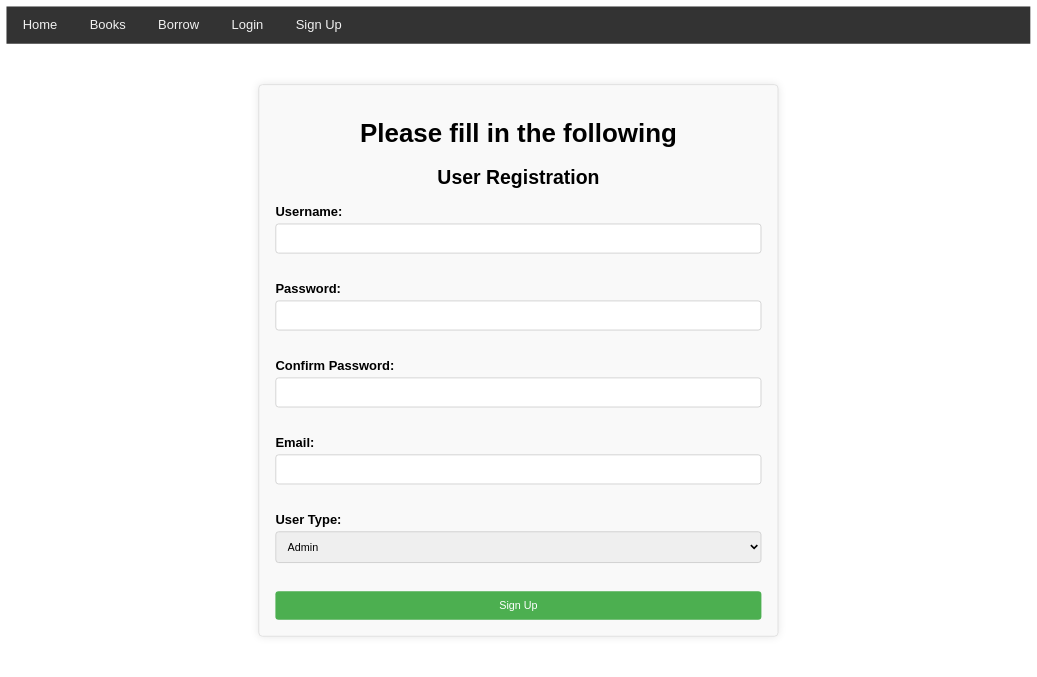
Repository: fadyesk12/Web-Technology-Course-Project
Page: auth/signup.html
An editor plug-in stored every save of this project. The page is shown before and after the next save, followed by the edit.
The browser window is 1280 px wide. The pictures show the whole page, at 81% of full size.

Above is the page before, as saved 2024-04-19 02:36:54.

After the next save:
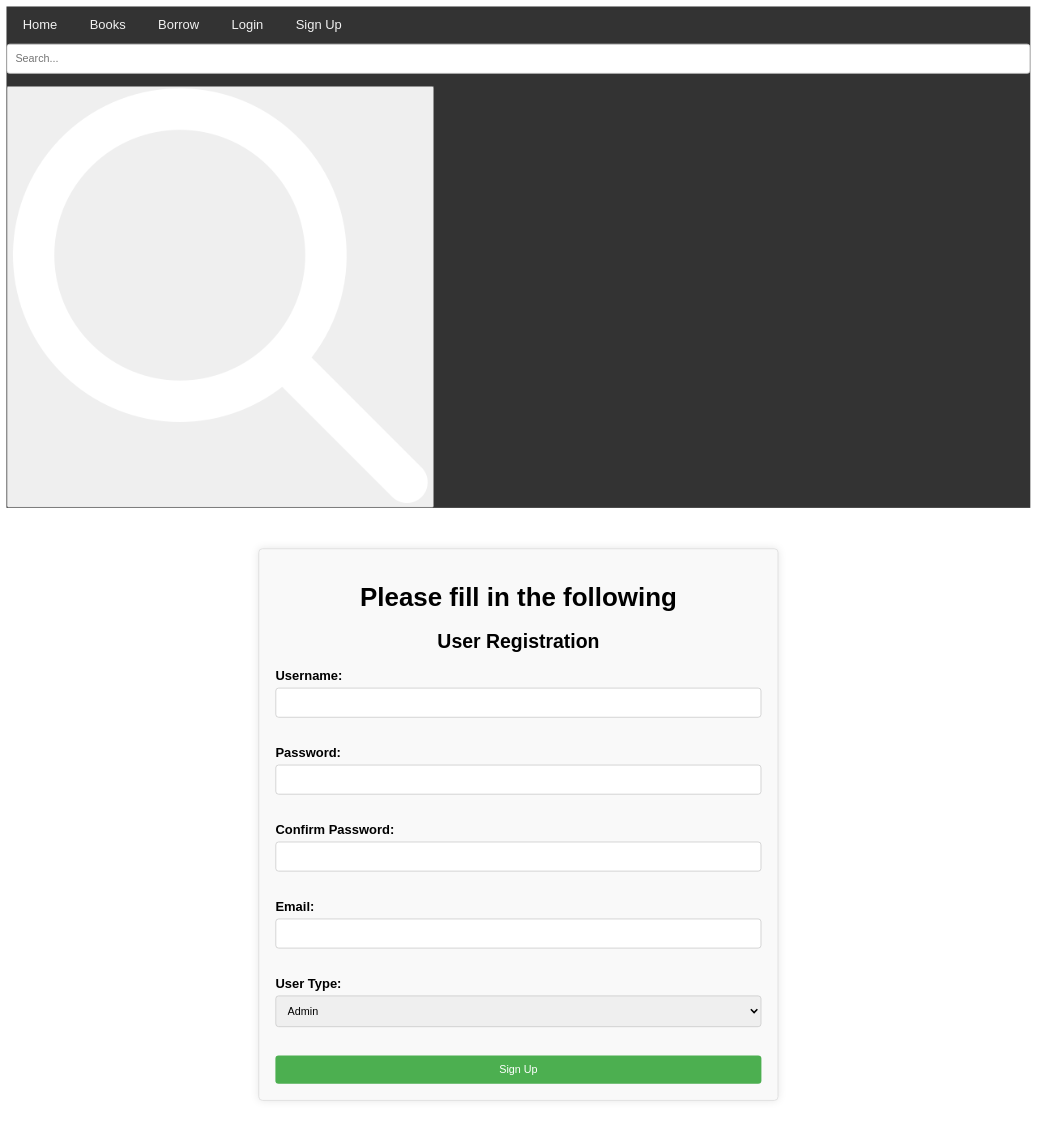
Saved 57 s later.
--- a/auth/signup.html
+++ b/auth/signup.html
@@ -13,6 +13,12 @@
     <a href="../borrow.html">Borrow</a>
     <a href="../auth/login.html">Login</a>
     <a href="../auth/signup.html">Sign Up</a>
+    <div class ="search">
+      <form action="" method="get">
+        <input type="text" placeholder="Search...">
+        <button type="submit"><img src="./PICS/search.png"></button>
+      </form>
+    </div>
   </div>
 
   <div class="container">

After the save that followed:
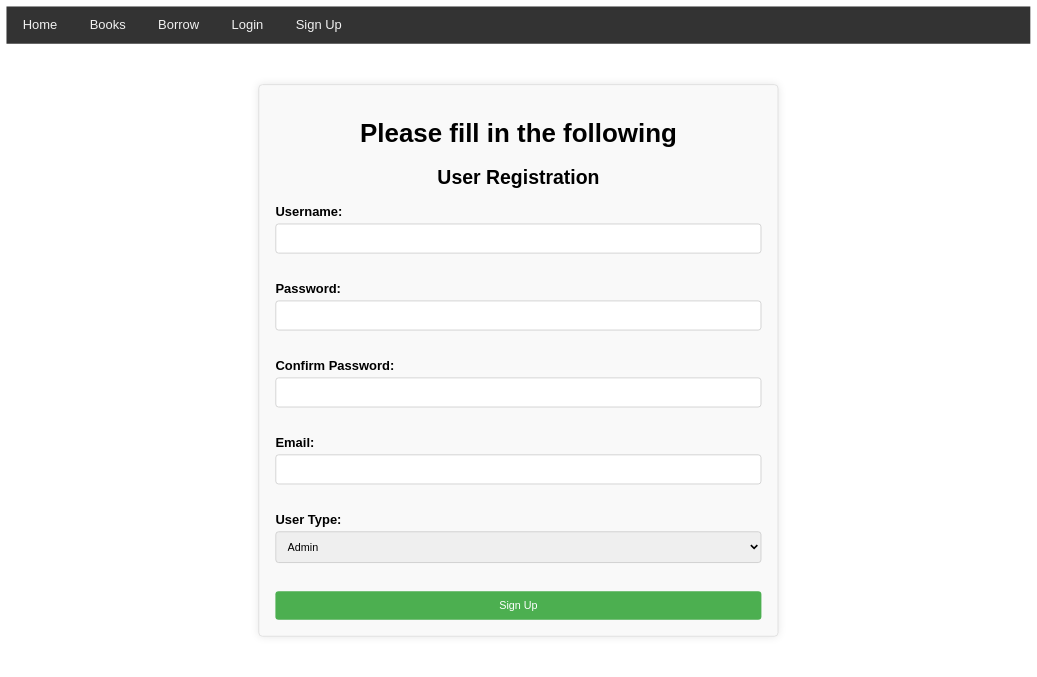
Saved 35 s later.
--- a/auth/signup.html
+++ b/auth/signup.html
@@ -13,12 +13,6 @@
     <a href="../borrow.html">Borrow</a>
     <a href="../auth/login.html">Login</a>
     <a href="../auth/signup.html">Sign Up</a>
-    <div class ="search">
-      <form action="" method="get">
-        <input type="text" placeholder="Search...">
-        <button type="submit"><img src="./PICS/search.png"></button>
-      </form>
-    </div>
   </div>
 
   <div class="container">
